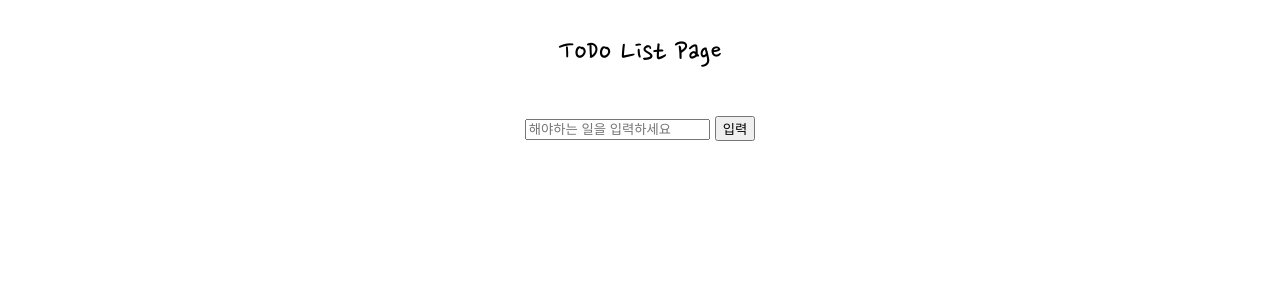
Repository: jun01270/Todo-List_React
Page: /
The author's editor kept a copy of each file at every save. The page is drawn from the files as they stood at one save, then again after the next save.
The browser window is 1280 px wide. The pictures show the whole page.
The project was rebuilt for these pictures with package versions that can differ from the ones it lists, and the page was loaded fresh each time.

Above is the page before, as saved 2022-12-28 17:57:35.

### public/index.html
<!DOCTYPE html>
<html lang="en">
  <head>
    <meta charset="utf-8" />
    <link rel="preconnect" href="https://fonts.googleapis.com" />
    <link rel="preconnect" href="https://fonts.gstatic.com" crossorigin />
    <link
      href="https://fonts.googleapis.com/css2?family=Nanum+Pen+Script&display=swap"
      rel="stylesheet"
    />
    <meta name="viewport" content="width=device-width, initial-scale=1" />
    <meta name="theme-color" content="#000000" />
    <meta
      name="description"
      content="Web site created using create-react-app"
    />
    <link rel="apple-touch-icon" href="%PUBLIC_URL%/logo192.png" />
    <!--
      manifest.json provides metadata used when your web app is installed on a
      user's mobile device or desktop. See https://developers.google.com/web/fundamentals/web-app-manifest/
    -->
    <link rel="manifest" href="%PUBLIC_URL%/manifest.json" />
    <!--
      Notice the use of %PUBLIC_URL% in the tags above.
      It will be replaced with the URL of the `public` folder during the build.
      Only files inside the `public` folder can be referenced from the HTML.

      Unlike "/favicon.ico" or "favicon.ico", "%PUBLIC_URL%/favicon.ico" will
      work correctly both with client-side routing and a non-root public URL.
      Learn how to configure a non-root public URL by running `npm run build`.
    -->
    <title>React App</title>
  </head>
  <body>
    <noscript>You need to enable JavaScript to run this app.</noscript>
    <div id="root"></div>
    <!--
      This HTML file is a template.
      If you open it directly in the browser, you will see an empty page.

      You can add webfonts, meta tags, or analytics to this file.
      The build step will place the bundled scripts into the <body> tag.

      To begin the development, run `npm start` or `yarn start`.
      To create a production bundle, use `npm run build` or `yarn build`.
    -->
  </body>
</html>

### src/App.js
import "./App.css";

function App() {
  return (
    <div className="todo">
      <div className="todo-list">
        <p className="todo-title">ToDo List Page</p>
        <form className="todo-Form">
          <input type="text" placeholder="해야하는 일을 입력하세요"></input>
          <input type="button" value="입력" className="btn"></input>
        </form>
      </div>
    </div>
  );
}

export default App;

### src/App.css
.todo {
  text-align: center;
  font-family: "Nanum Pen Script", cursive;
}
.todo-list {
  font-size: xx-large;
}

.todo-title {
  font-family: "Nanum Pen Script", cursive;
}

.todo-Form {
}

.btn {
  margin-left: 5px;
}

Loaded but not shown: src/index.js (common file); src/index.css (common file); src/reportWebVitals.js (common file)

After the next save:
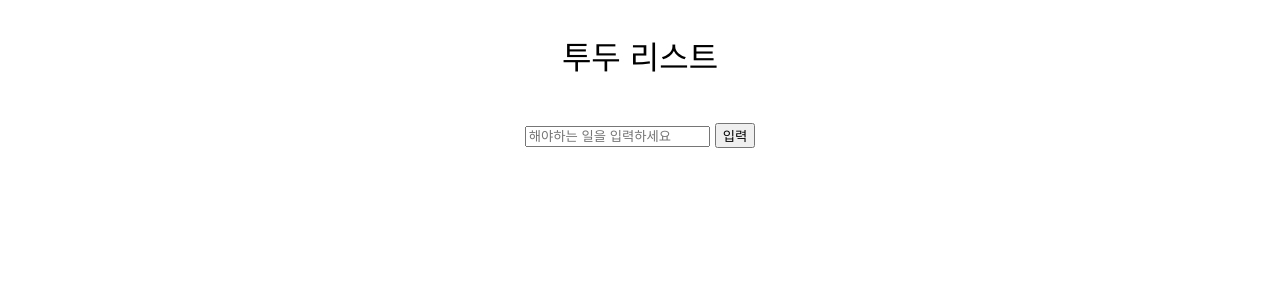
Saved 8 s later.
--- a/src/App.js
+++ b/src/App.js
@@ -4,7 +4,7 @@ function App() {
   return (
     <div className="todo">
       <div className="todo-list">
-        <p className="todo-title">ToDo List Page</p>
+        <p className="todo-title">투두 리스트</p>
         <form className="todo-Form">
           <input type="text" placeholder="해야하는 일을 입력하세요"></input>
           <input type="button" value="입력" className="btn"></input>
